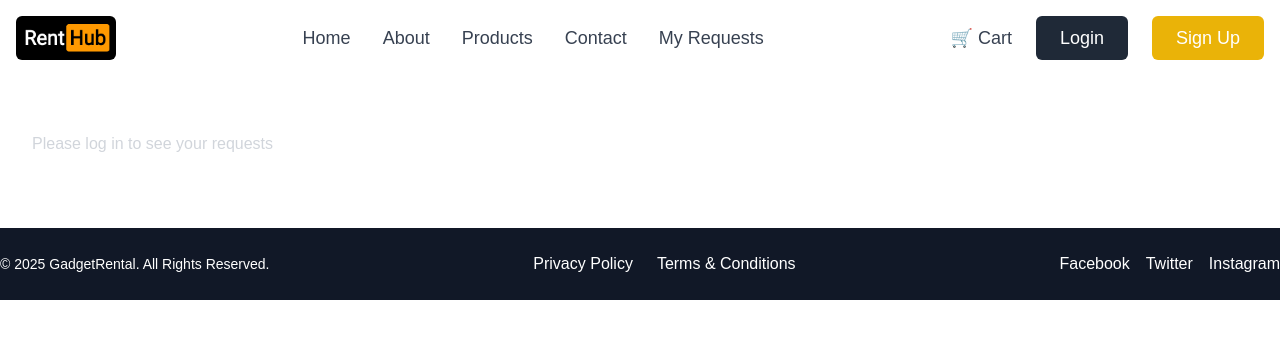
Repository: aayushg07/Renthub
Page: /myrequests
An editor plug-in stored every save of this project. The page is shown before and after the next save, followed by the edit.
The browser window is 1280 px wide. The pictures show the whole page.
The project was rebuilt for these pictures with package versions that can differ from the ones it lists, and the page was loaded fresh each time. The framework's server and built-in components were replaced by stand-ins that run in the browser. Also part of the build but not shown: next.config.ts.

Above is the page before, as saved 2025-04-02 00:13:04.

### app/layout.tsx
import React, { ReactNode } from 'react';
import "@/app/globals.css";
import Navigation from "./components/Navigation";
import Footer from "./components/Footer";
import { AuthProvider } from "./context/AuthContext";
import { CartProvider } from "./context/CartContext";

interface LayoutProps {
  children: ReactNode;
}

export default function RootLayout({ children }: LayoutProps) {
  return (
    <html lang="en">
      <body>
        <AuthProvider>
          <CartProvider>
            <Navigation />
            <main className="pt-[100px]">{children}</main>
            <Footer />
          </CartProvider>
        </AuthProvider>
      </body>
    </html>
  );
}

### app/myrequests/page.tsx
"use client";
import { useEffect, useState } from "react";
import { useAuth } from "@/app/context/AuthContext";

interface RentRequest {
  _id: string;
  productName: string;
  days: number;
  total: number;
  status: "pending" | "accepted" | "rejected";
  createdAt: string;
}

export default function MyRequestsPage() {
  const { user, token } = useAuth();
  const [requests, setRequests] = useState<RentRequest[]>([]);
  const [isLoading, setIsLoading] = useState(true);
  const [error, setError] = useState("");

  useEffect(() => {
    if (!user?.email) return;

    fetch(`/api/rent?email=${encodeURIComponent(user.email)}`, {
      headers: { Authorization: `Bearer ${token}` },
    })
      .then((res) => res.json())
      .then((data) => {
        if (Array.isArray(data)) setRequests(data);
        else throw new Error("Unexpected response");
      })
      .catch((err) => setError(err.message))
      .finally(() => setIsLoading(false));
  }, [user]);

  if (isLoading) return <div className="p-8 text-gray-300">Please log in to see your requests</div>;
  if (error) return <div className="p-8 text-red-400">Error: {error}</div>;

  return (
    <div className="container mx-auto px-4 py-8 min-h-screen text-white">
      <h1 className="text-3xl font-bold mb-6">My Rental Requests</h1>
      {requests.length === 0 ? (
        <p>No requests found.</p>
      ) : (
        <div className="grid gap-4">
          {requests.map((req) => (
            <div key={req._id} className="bg-gray-800 p-5 rounded-md shadow">
              <p><strong>Product:</strong> {req.productName}</p>
              <p><strong>Days:</strong> {req.days}</p>
              <p><strong>Total:</strong> ${req.total}</p>
              <p><strong>Status:</strong>
                <span className={`ml-2 px-2 py-1 rounded text-sm ${
                  req.status === "pending" ? "bg-yellow-600" :
                  req.status === "accepted" ? "bg-green-600" :
                  "bg-red-600"
                }`}>
                  {req.status}
                </span>
              </p>
              <p className="text-sm text-gray-400">
                Submitted: {new Date(req.createdAt).toLocaleString()}
              </p>
            </div>
          ))}
        </div>
      )}
    </div>
  );
}

### app/globals.css
@tailwind base;
@tailwind components;
@tailwind utilities;

:root {
  --background: #ffffff;
  --foreground: #171717;
}

@media (prefers-color-scheme: dark) {
  :root {
    --background: #0a0a0a;
    --foreground: #ededed;
  }
}

body {
  color: var(--foreground);
  background: var(--background);
  font-family: Arial, Helvetica, sans-serif;
}

/* Ensure text adapts in dark mode */
@layer base {
  .dark\:text-foreground {
    color: var(--foreground);
  }
}

### app/components/Navigation.tsx
"use client";

import Link from "next/link";
import { useState, useEffect } from "react";
import Logo from "./Logo";
import { Menu, X } from "lucide-react";
import { useAuth } from '@/app/context/AuthContext';
import { useCart } from '@/app/context/CartContext';

export default function Navigation() {
  const [menuOpen, setMenuOpen] = useState(false);
  const [scrolling, setScrolling] = useState(false);
  const { user, logout } = useAuth();
  const { cartItems } = useCart();
  const cartCount = cartItems.reduce((sum, item) => sum + item.quantity, 0);

  useEffect(() => {
    const handleScroll = () => setScrolling(window.scrollY > 50);
    window.addEventListener("scroll", handleScroll);
    handleScroll();
    return () => window.removeEventListener("scroll", handleScroll);
  }, []);

  return (
    <nav
      className={`${
        scrolling
          ? "bg-white bg-opacity-60 backdrop-blur-lg shadow-md dark:bg-gray-900 dark:bg-opacity-80"
          : "bg-transparent"
      } text-gray-700 dark:text-gray-200 fixed w-full top-0 left-0 z-50 transition-all ease-in-out duration-300`}
    >
      <div className="container mx-auto p-4 flex justify-between items-center">
        <Link href="/">
          <Logo />
        </Link>

        <div className="hidden md:flex space-x-8">
          <Link href="/" className="text-lg hover:text-gray-400 dark:hover:text-gray-300 transition hover:scale-105">
            Home
          </Link>
          <Link href="/about" className="text-lg hover:text-gray-400 dark:hover:text-gray-300 transition hover:scale-105">
            About
          </Link>
          <Link href="/products" className="text-lg hover:text-gray-400 dark:hover:text-gray-300 transition hover:scale-105">
            Products
          </Link>

          {/* Regular users */}
          {user?.role !== 'admin' && (
            <>
              <Link href="/contact" className="text-lg hover:text-gray-400 dark:hover:text-gray-300 transition hover:scale-105">
                Contact
              </Link>
              <Link href="/myrequests" className="text-lg hover:text-gray-400 dark:hover:text-gray-300 transition hover:scale-105">
                My Requests
              </Link>
            </>
          )}

          {/* Admin users */}
          {user?.role === 'admin' && (
            <>
              <Link href="/messages" className="text-lg hover:text-gray-400 dark:hover:text-gray-300 transition hover:scale-105">
                Messages
              </Link>
              <Link href="/admin/contact" className="text-lg hover:text-gray-400 dark:hover:text-gray-300 transition hover:scale-105">
                Send Contact
              </Link>
            </>
          )}
        </div>

        <div className="hidden md:flex space-x-6 items-center">
          <Link
            href="/cart"
            className="relative flex items-center text-lg hover:text-gray-400 dark:hover:text-gray-300 transition hover:scale-105"
          >
            🛒 Cart
            {cartCount > 0 && (
              <span className="ml-1 inline-flex items-center justify-center text-xs font-semibold bg-red-500 text-white w-5 h-5 rounded-full">
                {cartCount}
              </span>
            )}
          </Link>

          {user ? (
            <>
              <span className="text-lg font-medium px-2 py-2 text-gray-700 dark:text-gray-200">
                Welcome, {user.name}
              </span>
              <button
                onClick={logout}
                className="bg-gray-800 hover:bg-gray-700 px-6 py-2 rounded-md text-lg font-medium text-white transition hover:scale-105"
              >
                Logout
              </button>
            </>
          ) : (
            <>
              <Link href="/login" className="bg-gray-800 hover:bg-gray-700 px-6 py-2 rounded-md text-lg font-medium text-white transition hover:scale-105">
                Login
              </Link>
              <Link href="/signup" className="bg-yellow-500 hover:bg-yellow-600 px-6 py-2 rounded-md text-lg font-medium text-white transition hover:scale-105">
                Sign Up
              </Link>
            </>
          )}
        </div>

        {/* Mobile Menu Toggle */}
        <button className="md:hidden text-gray-700 dark:text-gray-200" onClick={() => setMenuOpen(!menuOpen)}>
          {menuOpen ? <X size={24} /> : <Menu size={24} />}
        </button>
      </div>

      {menuOpen && (
        <div className="md:hidden flex flex-col bg-gray-800 dark:bg-gray-900 p-4 space-y-3 rounded-lg">
          <Link href="/" className="text-white hover:text-gray-300 transition hover:scale-105">Home</Link>
          <Link href="/products" className="text-white hover:text-gray-300 transition hover:scale-105">Products</Link>
          <Link href="/about" className="text-white hover:text-gray-300 transition hover:scale-105">About</Link>

          {user?.role !== 'admin' && (
            <>
              <Link href="/contact" className="text-white hover:text-gray-300 transition hover:scale-105">Contact</Link>
              <Link href="/myrequests" className="text-white hover:text-gray-300 transition hover:scale-105">My Requests</Link>
            </>
          )}

          {user?.role === 'admin' && (
            <>
              <Link href="/messages" className="text-white hover:text-gray-300 transition hover:scale-105">Messages</Link>
              <Link href="/admin/contact" className="text-white hover:text-gray-300 transition hover:scale-105">Send Contact</Link>
            </>
          )}

          <Link href="/cart" className="text-white hover:text-gray-300 transition hover:scale-105">
            🛒 Cart ({cartCount})
          </Link>

          {user ? (
            <>
              <span className="text-white font-medium">Welcome, {user.name}</span>
              <button
                onClick={logout}
                className="bg-gray-700 px-6 py-2 rounded-md text-white text-lg hover:bg-gray-600 transition hover:scale-105"
              >
                Logout
              </button>
            </>
          ) : (
            <>
              <Link href="/login" className="bg-gray-800 hover:bg-gray-700 px-6 py-2 rounded-md text-white text-lg transition hover:scale-105">Login</Link>
              <Link href="/signup" className="bg-yellow-500 hover:bg-yellow-600 px-6 py-2 rounded-md text-white text-lg transition hover:scale-105">Sign Up</Link>
            </>
          )}
        </div>
      )}
    </nav>
  );
}

### app/components/Footer.tsx
import Link from 'next/link';

export default function Footer() {
    return (
      <footer className="bg-gray-900 text-white py-6 mt-10">
        <div className="container mx-auto flex flex-col md:flex-row justify-between items-center">
          <p className="text-sm">&copy; 2025 GadgetRental. All Rights Reserved.</p>
          <div className="flex space-x-6">
            <Link href="/privacy" className="hover:text-gray-400">Privacy Policy</Link>
            <Link href="/terms" className="hover:text-gray-400">Terms & Conditions</Link>
          </div>
          <div className="flex space-x-4">
            <Link href="#" className="hover:text-blue-400">Facebook</Link>
            <Link href="#" className="hover:text-blue-500">Twitter</Link>
            <Link href="#" className="hover:text-red-400">Instagram</Link>
          </div>
        </div>
      </footer>
    );
}

### app/context/AuthContext.tsx
'use client';

import { createContext, useContext, useState, useEffect, ReactNode } from 'react';

interface User {
  id: string;
  email: string;
  name: string;
  role: string;
}

interface AuthContextType {
  user: User | null;
  token: string | null;
  login: (email: string, password: string) => Promise<void>;
  signup: (email: string, password: string, name: string) => Promise<void>;
  logout: () => void;
  isLoading: boolean;
  error: string | null;
}

const AuthContext = createContext<AuthContextType | undefined>(undefined);

export function AuthProvider({ children }: { children: ReactNode }) {
  const [user, setUser] = useState<User | null>(null);
  const [token, setToken] = useState<string | null>(null);
  const [isLoading, setIsLoading] = useState(true);
  const [error, setError] = useState<string | null>(null);

  // Check for saved token on mount
  useEffect(() => {
    const savedToken = localStorage.getItem('token');
    const savedUser = localStorage.getItem('user');

    if (savedToken && savedUser) {
      setToken(savedToken);
      setUser(JSON.parse(savedUser));
    }
    setIsLoading(false);
  }, []);

  const login = async (email: string, password: string) => {
    try {
      setError(null);
      const res = await fetch('/api/auth/login', {
        method: 'POST',
        headers: { 'Content-Type': 'application/json' },
        body: JSON.stringify({ email, password }),
      });

      const data = await res.json();

      if (!res.ok) {
        throw new Error(data.error || 'Login failed');
      }

      localStorage.setItem('token', data.token);
      localStorage.setItem('user', JSON.stringify(data.user));
      setToken(data.token);
      setUser(data.user);
    } catch (err) {
      setError(err instanceof Error ? err.message : 'An error occurred');
      throw err;
    }
  };

  const signup = async (email: string, password: string, name: string) => {
    try {
      setError(null);
      const res = await fetch('/api/auth/signup', {
        method: 'POST',
        headers: { 'Content-Type': 'application/json' },
        body: JSON.stringify({ email, password, name }),
      });

      const data = await res.json();

      if (!res.ok) {
        throw new Error(data.error || 'Signup failed');
      }

      // Don't set user data or token after signup
      // User will need to log in explicitly
      return data;

    } catch (err) {
      setError(err instanceof Error ? err.message : 'An error occurred');
      throw err;
    }
  };

  const logout = () => {
    localStorage.removeItem('token');
    localStorage.removeItem('user');
    setToken(null);
    setUser(null);
  };

  return (
    <AuthContext.Provider value={{ user, token, login, signup, logout, isLoading, error }}>
      {children}
    </AuthContext.Provider>
  );
}

export function useAuth() {
  const context = useContext(AuthContext);
  if (context === undefined) {
    throw new Error('useAuth must be used within an AuthProvider');
  }
  return context;
}

export default AuthContext;

### app/context/CartContext.tsx
'use client';

import React, { createContext, useContext, useEffect, useState, ReactNode } from 'react';

export type CartItem = {
  id: string;
  name: string;
  price: number;
  image: string;
  quantity: number;
};

type CartContextType = {
  cartItems: CartItem[];
  addToCart: (item: CartItem) => void;
  removeFromCart: (id: string) => void;
  clearCart: () => void;
  getTotal: () => number;
};

const CartContext = createContext<CartContextType | undefined>(undefined);

export const useCart = () => {
  const context = useContext(CartContext);
  if (!context) throw new Error('useCart must be used within a CartProvider');
  return context;
};

export const CartProvider = ({ children }: { children: ReactNode }) => {
  const [cartItems, setCartItems] = useState<CartItem[]>([]);

  // Load cart from localStorage
  useEffect(() => {
    const stored = localStorage.getItem('cart');
    if (stored) setCartItems(JSON.parse(stored));
  }, []);

  // Save cart to localStorage on change
  useEffect(() => {
    localStorage.setItem('cart', JSON.stringify(cartItems));
  }, [cartItems]);

  const addToCart = (item: CartItem) => {
    setCartItems((prev) => {
      const existing = prev.find((i) => i.id === item.id);
      if (existing) {
        return prev.map((i) =>
          i.id === item.id ? { ...i, quantity: i.quantity + item.quantity } : i
        );
      } else {
        return [...prev, item];
      }
    });
  };

  const removeFromCart = (id: string) => {
    setCartItems((prev) => prev.filter((item) => item.id !== id));
  };

  const clearCart = () => {
    setCartItems([]);
  };

  const getTotal = () =>
    cartItems.reduce((total, item) => total + item.price * item.quantity, 0);

  return (
    <CartContext.Provider value={{ cartItems, addToCart, removeFromCart, clearCart, getTotal }}>
      {children}
    </CartContext.Provider>
  );
};

### app/components/Logo.tsx
import Image from "next/image";

export default function Logo({ className = "" }: { className?: string }) {
  return (
    <Image
      src="/logo.png"
      alt="Company Logo"
      width={100}
      height={500}
      className={`rounded-md ${className}`}
    />
  );
}

### tailwind.config.js
module.exports = {
  content: [
    "./pages/**/*.{js,ts,jsx,tsx}",
    "./components/**/*.{js,ts,jsx,tsx}",
    "./app/**/*.{js,ts,jsx,tsx}",
  ],
  theme: {
    extend: {},
  },
  plugins: [],
};

After the next save:
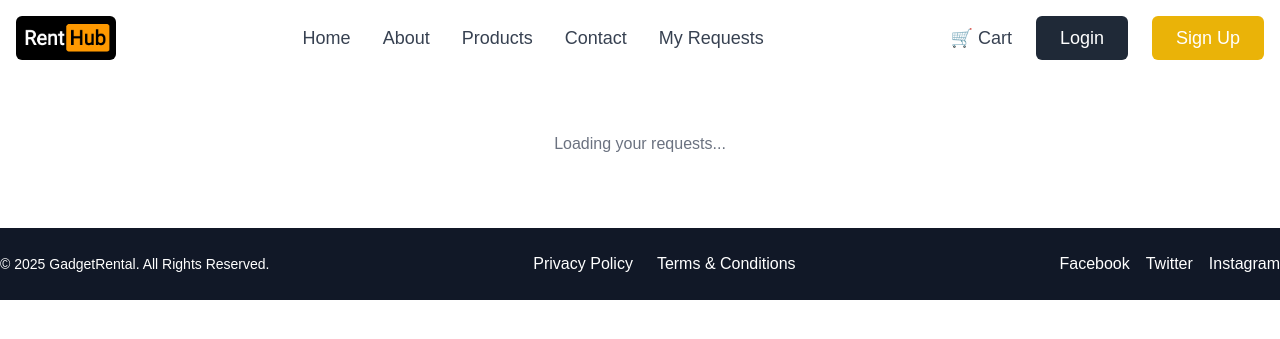
Saved 57 s later.
--- a/app/myrequests/page.tsx
+++ b/app/myrequests/page.tsx
@@ -32,33 +32,62 @@ export default function MyRequestsPage() {
       .finally(() => setIsLoading(false));
   }, [user]);
 
-  if (isLoading) return <div className="p-8 text-gray-300">Please log in to see your requests</div>;
-  if (error) return <div className="p-8 text-red-400">Error: {error}</div>;
+  if (isLoading) return <div className="p-8 text-center text-gray-500">Loading your requests...</div>;
+  if (error) return <div className="p-8 text-center text-red-500">Error: {error}</div>;
+  if (!user?.email) return <div className="p-8 text-center text-gray-500">Please log in to see your requests</div>;
 
   return (
-    <div className="container mx-auto px-4 py-8 min-h-screen text-white">
-      <h1 className="text-3xl font-bold mb-6">My Rental Requests</h1>
+    <div className="container mx-auto px-4 py-12 max-w-4xl min-h-screen">
+      <div className="mb-8">
+        <h1 className="text-4xl font-bold text-white mb-2">My Rental Requests</h1>
+        <p className="text-gray-400">View the status of your rental applications</p>
+      </div>
+
       {requests.length === 0 ? (
-        <p>No requests found.</p>
+        <div className="bg-gray-800/50 rounded-lg p-8 text-center border border-gray-700">
+          <p className="text-gray-400">You haven't made any rental requests yet.</p>
+        </div>
       ) : (
-        <div className="grid gap-4">
+        <div className="space-y-4">
           {requests.map((req) => (
-            <div key={req._id} className="bg-gray-800 p-5 rounded-md shadow">
-              <p><strong>Product:</strong> {req.productName}</p>
-              <p><strong>Days:</strong> {req.days}</p>
-              <p><strong>Total:</strong> ${req.total}</p>
-              <p><strong>Status:</strong>
-                <span className={`ml-2 px-2 py-1 rounded text-sm ${
-                  req.status === "pending" ? "bg-yellow-600" :
-                  req.status === "accepted" ? "bg-green-600" :
-                  "bg-red-600"
-                }`}>
-                  {req.status}
-                </span>
-              </p>
-              <p className="text-sm text-gray-400">
-                Submitted: {new Date(req.createdAt).toLocaleString()}
-              </p>
+            <div
+              key={req._id}
+              className="bg-gray-800/70 hover:bg-gray-800/90 transition-all rounded-xl p-6 shadow-lg border border-gray-700/50"
+            >
+              <div className="grid grid-cols-1 md:grid-cols-3 gap-4 mb-3">
+                <div>
+                  <h3 className="text-xl font-semibold text-white">{req.productName}</h3>
+                  <p className="text-sm text-gray-400">Product</p>
+                </div>
+
+                <div>
+                  <p className="text-lg font-medium text-white">
+                    {req.days} day{req.days !== 1 ? 's' : ''}
+                  </p>
+                  <p className="text-sm text-gray-400">Duration</p>
+                </div>
+
+                <div>
+                  <p className="text-lg font-medium text-white">${req.total.toFixed(2)}</p>
+                  <p className="text-sm text-gray-400">Total cost</p>
+                </div>
+              </div>
+
+              <div className="flex flex-wrap items-center justify-between gap-4 pt-4 border-t border-gray-700/50">
+                <div>
+                  <span className={`inline-flex items-center px-3 py-1 rounded-full text-xs font-medium ${
+                    req.status === "pending" ? "bg-yellow-500/20 text-yellow-400" :
+                    req.status === "accepted" ? "bg-green-500/20 text-green-400" :
+                    "bg-red-500/20 text-red-400"
+                  }`}>
+                    {req.status.charAt(0).toUpperCase() + req.status.slice(1)}
+                  </span>
+                </div>
+
+                <p className="text-xs text-gray-500">
+                  Submitted: {new Date(req.createdAt).toLocaleString()}
+                </p>
+              </div>
             </div>
           ))}
         </div>
